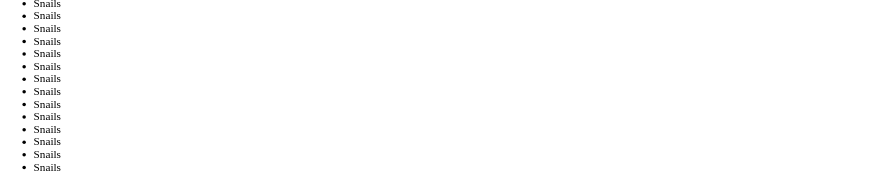
Repository: addie1988/resume
Page: Carousel.html
An editor plug-in stored every save of this project. The page is shown before and after the next save, followed by the edit.
The browser window is 1280 px wide. The pictures show the part of the page from y = 1704 to 3624 px (the page is 1968 px tall before and 7152 px after), at 70% of full size.

Above is the page before, as saved 2021-11-24 11:53:12.

After the next save:
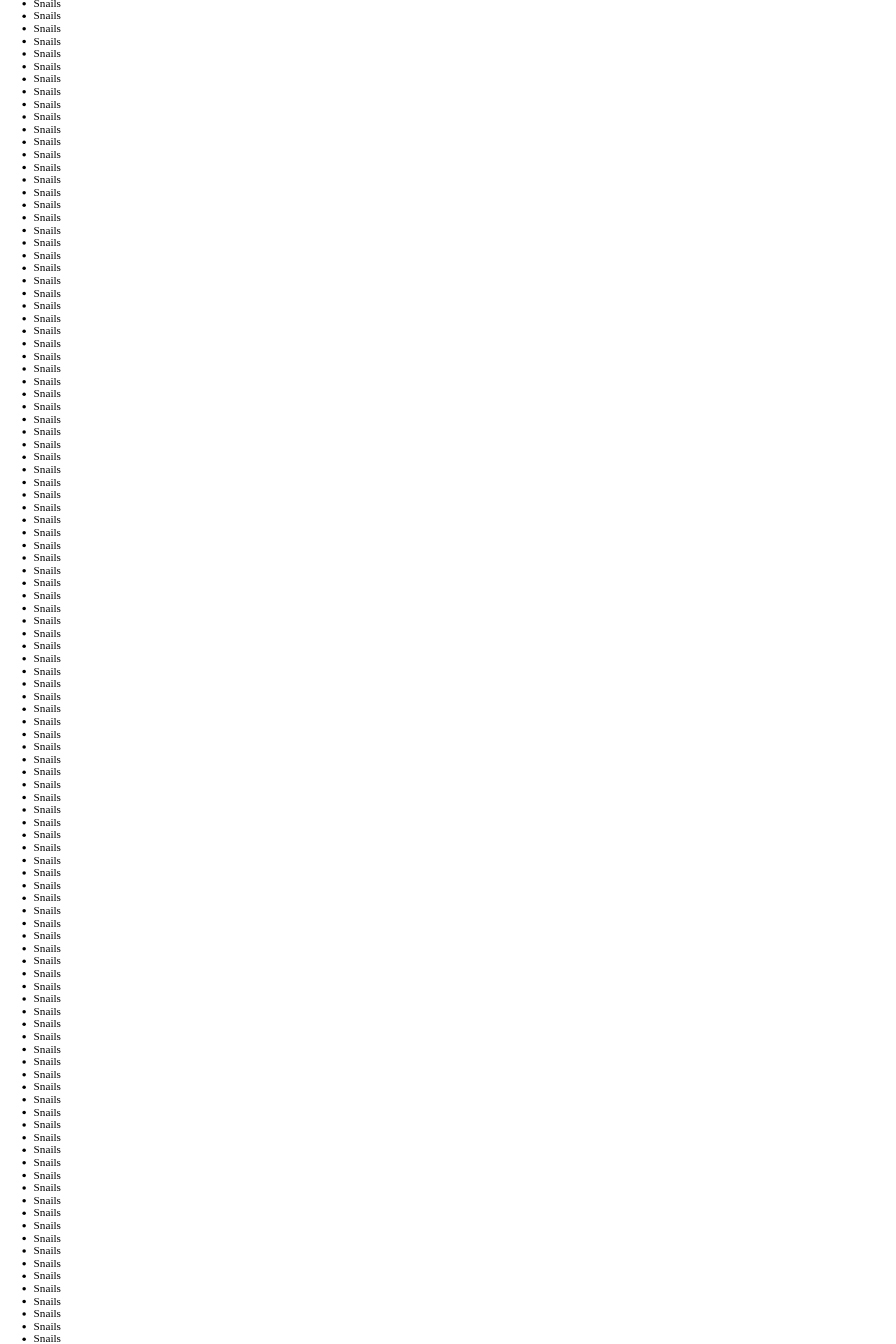
Saved 35 s later.
--- a/Carousel.html
+++ b/Carousel.html
@@ -8,4 +8,28 @@
     <li>Snails</li><li>Snails</li><li>Snails</li><li>Snails</li><li>Snails</li><li>Snails</li><li>Snails</li><li>Snails</li><li>Snails</li><li>Snails</li><li>Snails</li><li>Snails</li>
     <li>Snails</li><li>Snails</li><li>Snails</li><li>Snails</li><li>Snails</li><li>Snails</li><li>Snails</li><li>Snails</li><li>Snails</li><li>Snails</li><li>Snails</li><li>Snails</li>
     <li>Snails</li><li>Snails</li><li>Snails</li><li>Snails</li><li>Snails</li><li>Snails</li><li>Snails</li><li>Snails</li><li>Snails</li><li>Snails</li><li>Snails</li><li>Snails</li>
+    <li>Snails</li><li>Snails</li><li>Snails</li><li>Snails</li><li>Snails</li><li>Snails</li><li>Snails</li><li>Snails</li><li>Snails</li><li>Snails</li><li>Snails</li><li>Snails</li>
+    <li>Snails</li><li>Snails</li><li>Snails</li><li>Snails</li><li>Snails</li><li>Snails</li><li>Snails</li><li>Snails</li><li>Snails</li><li>Snails</li><li>Snails</li><li>Snails</li>
+    <li>Snails</li><li>Snails</li><li>Snails</li><li>Snails</li><li>Snails</li><li>Snails</li><li>Snails</li><li>Snails</li><li>Snails</li><li>Snails</li><li>Snails</li><li>Snails</li>
+    <li>Snails</li><li>Snails</li><li>Snails</li><li>Snails</li><li>Snails</li><li>Snails</li><li>Snails</li><li>Snails</li><li>Snails</li><li>Snails</li><li>Snails</li><li>Snails</li>
+    <li>Snails</li><li>Snails</li><li>Snails</li><li>Snails</li><li>Snails</li><li>Snails</li><li>Snails</li><li>Snails</li><li>Snails</li><li>Snails</li><li>Snails</li><li>Snails</li>
+    <li>Snails</li><li>Snails</li><li>Snails</li><li>Snails</li><li>Snails</li><li>Snails</li><li>Snails</li><li>Snails</li><li>Snails</li><li>Snails</li><li>Snails</li><li>Snails</li>
+    <li>Snails</li><li>Snails</li><li>Snails</li><li>Snails</li><li>Snails</li><li>Snails</li><li>Snails</li><li>Snails</li><li>Snails</li><li>Snails</li><li>Snails</li><li>Snails</li>
+    <li>Snails</li><li>Snails</li><li>Snails</li><li>Snails</li><li>Snails</li><li>Snails</li><li>Snails</li><li>Snails</li><li>Snails</li><li>Snails</li><li>Snails</li><li>Snails</li>
+    <li>Snails</li><li>Snails</li><li>Snails</li><li>Snails</li><li>Snails</li><li>Snails</li><li>Snails</li><li>Snails</li><li>Snails</li><li>Snails</li><li>Snails</li><li>Snails</li>
+    <li>Snails</li><li>Snails</li><li>Snails</li><li>Snails</li><li>Snails</li><li>Snails</li><li>Snails</li><li>Snails</li><li>Snails</li><li>Snails</li><li>Snails</li><li>Snails</li>
+    <li>Snails</li><li>Snails</li><li>Snails</li><li>Snails</li><li>Snails</li><li>Snails</li><li>Snails</li><li>Snails</li><li>Snails</li><li>Snails</li><li>Snails</li><li>Snails</li>
+    <li>Snails</li><li>Snails</li><li>Snails</li><li>Snails</li><li>Snails</li><li>Snails</li><li>Snails</li><li>Snails</li><li>Snails</li><li>Snails</li><li>Snails</li><li>Snails</li>
+    <li>Snails</li><li>Snails</li><li>Snails</li><li>Snails</li><li>Snails</li><li>Snails</li><li>Snails</li><li>Snails</li><li>Snails</li><li>Snails</li><li>Snails</li><li>Snails</li>
+    <li>Snails</li><li>Snails</li><li>Snails</li><li>Snails</li><li>Snails</li><li>Snails</li><li>Snails</li><li>Snails</li><li>Snails</li><li>Snails</li><li>Snails</li><li>Snails</li>
+    <li>Snails</li><li>Snails</li><li>Snails</li><li>Snails</li><li>Snails</li><li>Snails</li><li>Snails</li><li>Snails</li><li>Snails</li><li>Snails</li><li>Snails</li><li>Snails</li>
+    <li>Snails</li><li>Snails</li><li>Snails</li><li>Snails</li><li>Snails</li><li>Snails</li><li>Snails</li><li>Snails</li><li>Snails</li><li>Snails</li><li>Snails</li><li>Snails</li>
+    <li>Snails</li><li>Snails</li><li>Snails</li><li>Snails</li><li>Snails</li><li>Snails</li><li>Snails</li><li>Snails</li><li>Snails</li><li>Snails</li><li>Snails</li><li>Snails</li>
+    <li>Snails</li><li>Snails</li><li>Snails</li><li>Snails</li><li>Snails</li><li>Snails</li><li>Snails</li><li>Snails</li><li>Snails</li><li>Snails</li><li>Snails</li><li>Snails</li>
+    <li>Snails</li><li>Snails</li><li>Snails</li><li>Snails</li><li>Snails</li><li>Snails</li><li>Snails</li><li>Snails</li><li>Snails</li><li>Snails</li><li>Snails</li><li>Snails</li>
+    <li>Snails</li><li>Snails</li><li>Snails</li><li>Snails</li><li>Snails</li><li>Snails</li><li>Snails</li><li>Snails</li><li>Snails</li><li>Snails</li><li>Snails</li><li>Snails</li>
+    <li>Snails</li><li>Snails</li><li>Snails</li><li>Snails</li><li>Snails</li><li>Snails</li><li>Snails</li><li>Snails</li><li>Snails</li><li>Snails</li><li>Snails</li><li>Snails</li>
+    <li>Snails</li><li>Snails</li><li>Snails</li><li>Snails</li><li>Snails</li><li>Snails</li><li>Snails</li><li>Snails</li><li>Snails</li><li>Snails</li><li>Snails</li><li>Snails</li>
+    <li>Snails</li><li>Snails</li><li>Snails</li><li>Snails</li><li>Snails</li><li>Snails</li><li>Snails</li><li>Snails</li><li>Snails</li><li>Snails</li><li>Snails</li><li>Snails</li>
+    <li>Snails</li><li>Snails</li><li>Snails</li><li>Snails</li><li>Snails</li><li>Snails</li><li>Snails</li><li>Snails</li><li>Snails</li><li>Snails</li><li>Snails</li><li>Snails</li>
 </ul>
